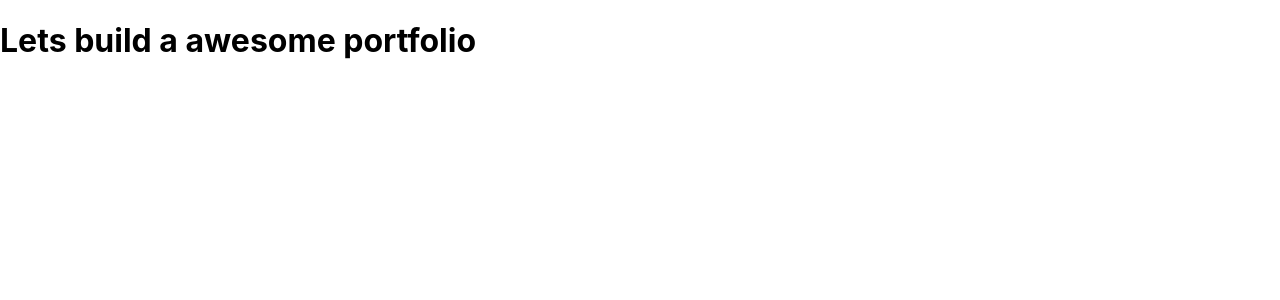
Repository: AlgoHussle/2023_portfolio
Page: /
An editor plug-in stored every save of this project. The page is shown before and after the next save, followed by the edit.
The browser window is 1280 px wide. The pictures show the whole page.
The project was rebuilt for these pictures with package versions that can differ from the ones it lists, and the page was loaded fresh each time. The framework's server and built-in components were replaced by stand-ins that run in the browser. Also part of the build but not shown: next.config.js.

Above is the page before, as saved 2022-11-30 19:55:29.

After the next save:
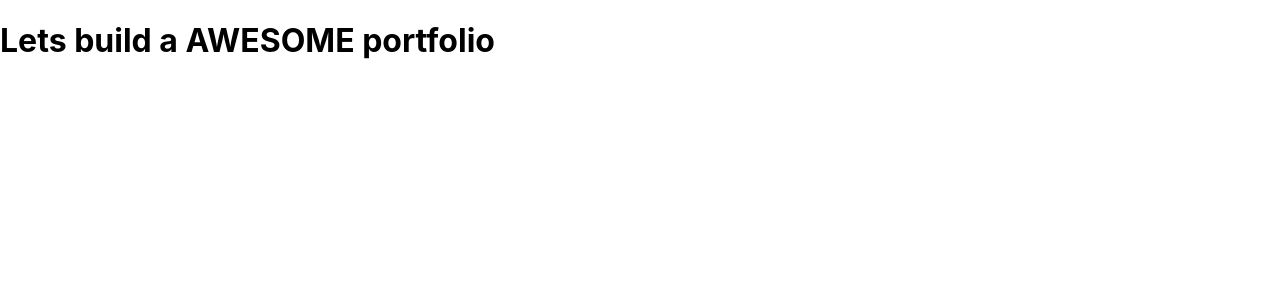
Saved 15 s later.
--- a/pages/index.tsx
+++ b/pages/index.tsx
@@ -10,7 +10,7 @@ export default function Home() {
         <link rel="icon" href="/favicon.ico" />
       </Head>
 
-      <h1>Lets build a awesome portfolio</h1>
+      <h1>Lets build a AWESOME portfolio</h1>
     </div>
   )
 }
